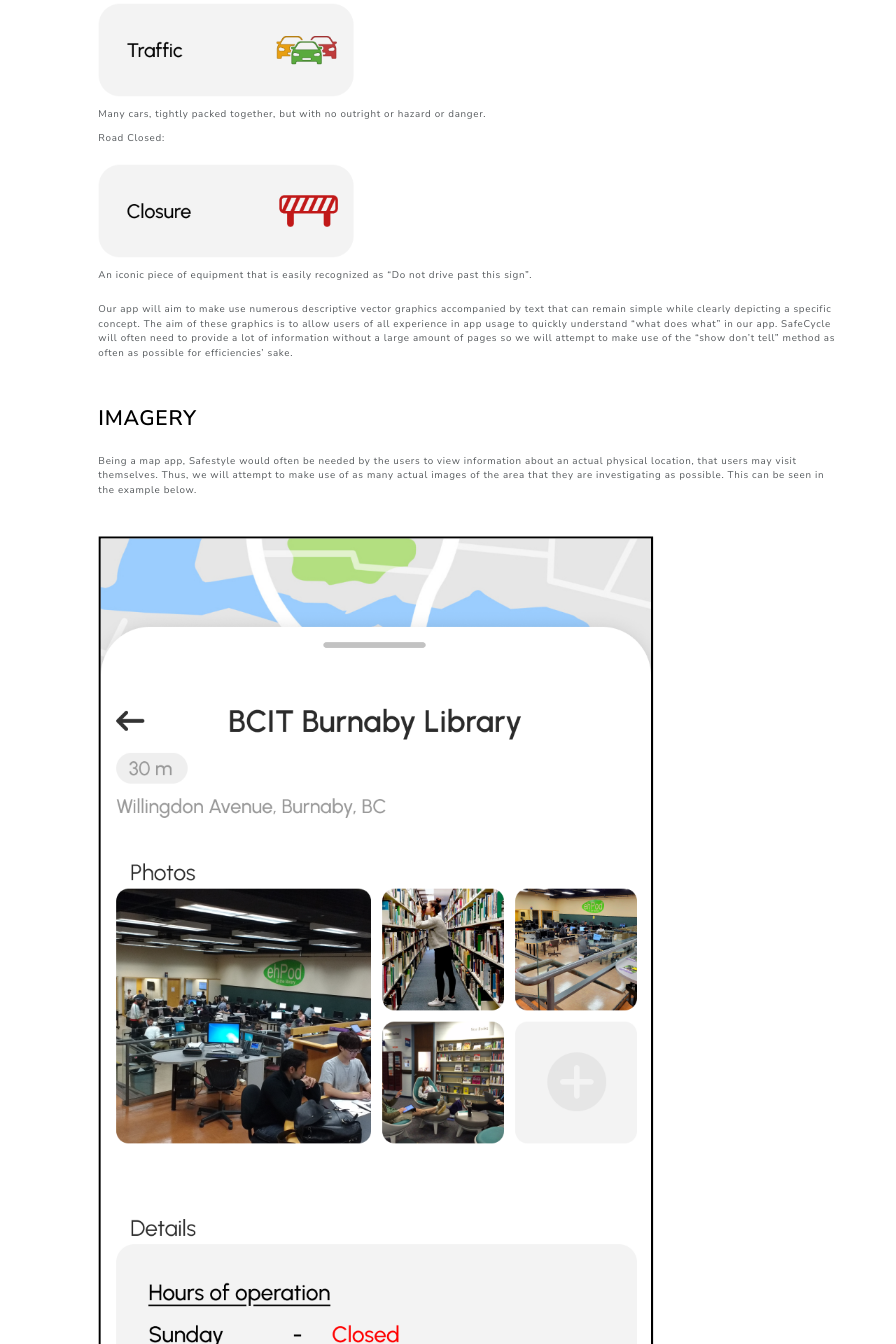
Repository: Aladdin3r/safecycle-styleguide
Page: /
These files come from the project's save history. The page is drawn as it stood at one moment and after the next save; the edit follows.
The browser window is 1280 px wide. The pictures show the part of the page from y = 3389 to 5309 px (the page is 5995 px tall before and 5967 px after), at 70% of full size.
The project was rebuilt for these pictures with package versions that can differ from the ones it lists, and the page was loaded fresh each time. The framework's server and built-in components were replaced by stand-ins that run in the browser. Also part of the build but not shown: next.config.mjs.

Above is the page before, as saved 2024-04-09 23:03:07.

After the next save:
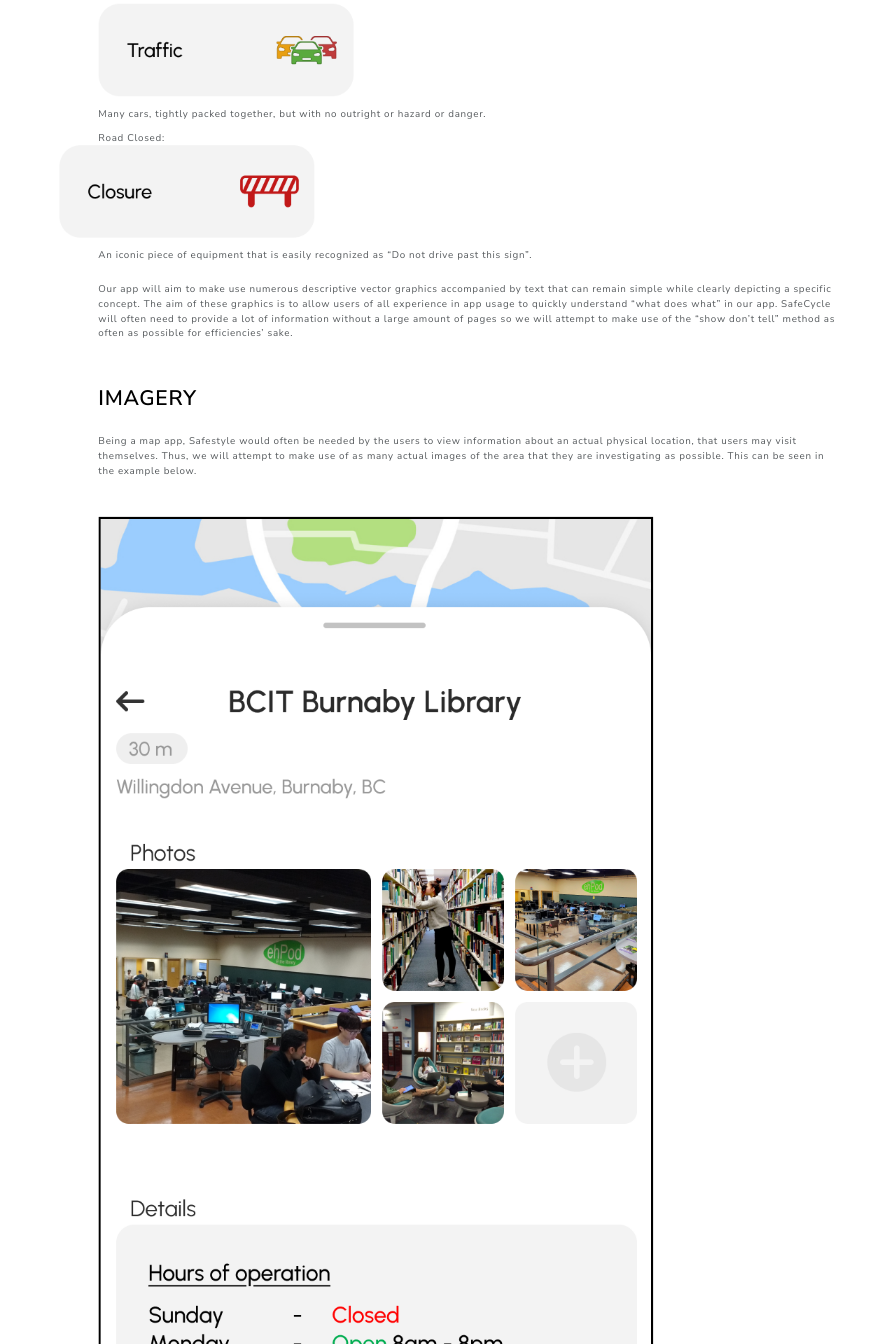
Saved 2 min 11 s later.
--- a/pages/index.js
+++ b/pages/index.js
@@ -186,7 +186,7 @@
         <img className={styles.traffic} src="/traffic.png" alt="Traffic"></img>
         <div className={styles.graphicDesc}>Many cars, tightly packed together, but with no outright or hazard or danger.</div>
         <div className={styles.graphicName}>Road Closed:</div>
-        <img className={styles.RoadClosed} src="/RoadClosed.png" alt="Road Closed"></img>
+        <img className={styles.roadClosed} src="/roadClosed.png" alt="Road Closed"></img>
         <div className={styles.graphicDesc}>An iconic piece of equipment that is easily recognized as “Do not drive past this sign”.</div>
         <div className={styles.graphicExpl}>Our app will aim to make use numerous descriptive vector graphics accompanied by text that can remain simple while clearly depicting a specific concept. The aim of these graphics is to allow users of all experience in app usage to quickly understand “what does what” in our app. SafeCycle will often need to provide a lot of information without a large amount of pages so we will attempt to make use of the “show don’t tell” method as often as possible for efficiencies’ sake.</div>
         <div className={styles.graphicTitle}>IMAGERY</div>

After the save that followed:
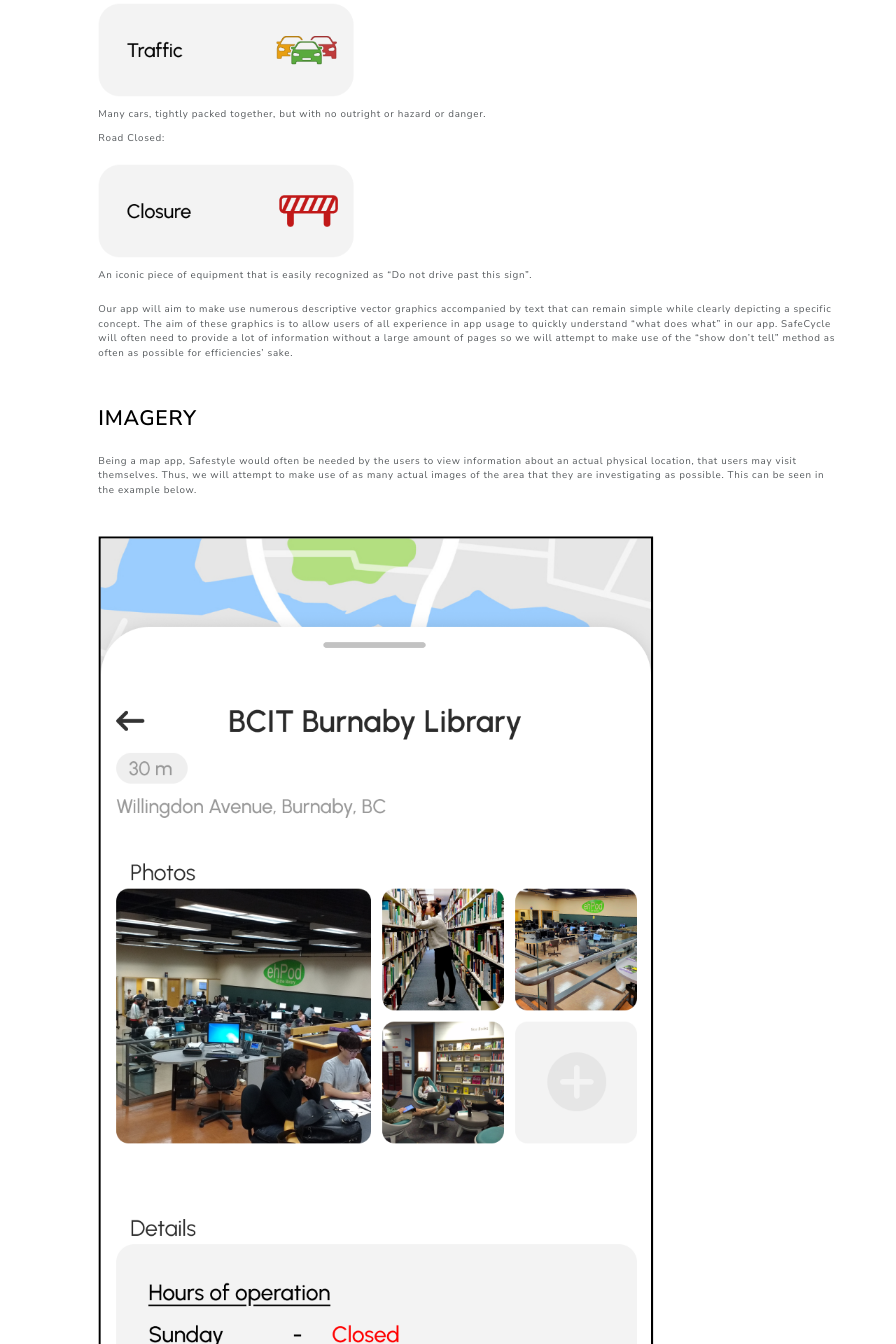
Saved 3 s later.
--- a/styles/Home.module.css
+++ b/styles/Home.module.css
@@ -109,7 +109,7 @@
   margin-left: 5%;
 }
 
-.RoadClosed{
+.roadClosed{
   margin-top: 2em;
   /* margin-left: -14em; */
   margin-left: 5%;
